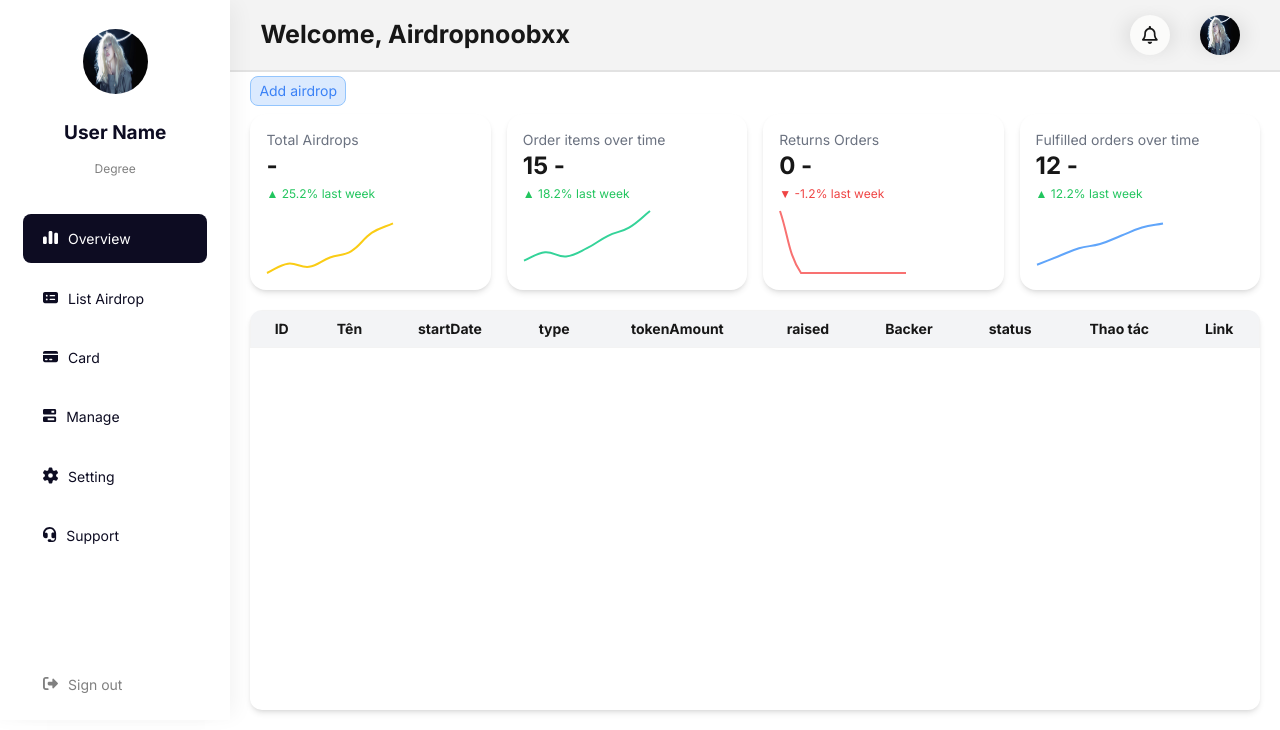
Repository: conGaStuer/airdropmamager
Page: /airdrops
These files come from the project's save history. The page is drawn as it stood at one moment and after the next save; the edit follows.
The browser window is 1280 px wide. The pictures show the whole page.
The page's requests for data from a server got no answer. The project was rebuilt for these pictures with package versions that can differ from the ones it lists, and the page was loaded fresh each time. The framework's server and built-in components were replaced by stand-ins that run in the browser. No one was signed in, and anything a server would have sent is missing. Also part of the build but not shown: next.config.ts.

Above is the page before, as saved 2025-05-28 19:08:09.

### src/app/layout.tsx
// app/layout.tsx
import { Inter } from "next/font/google";
import "../styles/globals.css";
import NavBar from "@/components/NavBar";
import SideBar from "@/components/SideBar";

const inter = Inter({ subsets: ["latin"] });

export const metadata = {
  title: "Airdrop Admin",
  description: "Manage Airdrops",
};

// app/layout.tsx
export default function RootLayout({
  children,
}: {
  children: React.ReactNode;
}) {
  return (
    <html lang="en">
      <body>{children}</body>
    </html>
  );
}

### src/app/airdrops/layout.js
// app/airdrops/layout.js (hoặc layout.tsx nếu bạn dùng TypeScript)
"use client";
import React from "react";
import NavBar from "@/components/NavBar";
import SideBar from "@/components/SideBar";

export default function AirdropLayout({ children }) {
  return (
    <div className="flex">
      <SideBar />
      <div className="flex-1">
        <NavBar />
        <main className="pt-14 ">{children}</main>
      </div>
    </div>
  );
}

### src/app/airdrops/page.js
"use client";
import React from "react";
import { useState, useEffect } from "react";
import axios from "axios";
import { useRouter } from "next/navigation";
import { FontAwesomeIcon } from "@fortawesome/react-fontawesome";

import StatCard from "@/components/StatCard";
import "../../styles/table.scss";
import {
  faArrowUpRightDots,
  faArrowUpRightFromSquare,
} from "@fortawesome/free-solid-svg-icons";
export default function AirdropPages() {
  const [airdrops, setAirdrops] = useState([]);
  const [count, setCount] = useState("");
  useEffect(() => {
    const fetchAirdrops = async () => {
      try {
        const res = await axios.get("http://localhost:5000/api/airdrops");
        setAirdrops(res.data);
      } catch (err) {
        console.error("Error fetching airdrops:", err);
      }
    };
    const fetchCount = async () => {
      try {
        const res = await axios.get("http://localhost:5000/api/airdrops/count");
        setCount(res.data.total);
        console.log("Count data:", res.data); // ✅ Phải là { total: <number> }
      } catch (err) {
        console.error("Error fetching airdrops:", err);
      }
    };
    fetchAirdrops();
    fetchCount();
  }, []);
  const typeClassMap = {
    depin:
      "text-yellow-500 bg-orange-100 border-yellow-300 hover:bg-orange-200",
    testnet:
      "text-purple-500 bg-purple-100 border-purple-300 hover:bg-purple-200",
    webpoint: "text-blue-500 bg-blue-100 border-blue-300 hover:bg-blue-200",
  };
  const handleDelete = async (id) => {
    if (confirm("Bạn có chắc muốn xóa airdrop này không?")) {
      await axios.delete(`http://localhost:5000/api/airdrops/${id}`);
      const res = await axios.get("http://localhost:5000/api/airdrops");
      setAirdrops(res.data);
    }
  };
  const router = useRouter();
  const [currentPage, setCurrentPage] = useState(1);
  const itemsPerPage = 4;
  const indexOfLastItem = currentPage * itemsPerPage;
  const indexOfFirstItem = indexOfLastItem - itemsPerPage;
  const currentItems = airdrops.slice(indexOfFirstItem, indexOfLastItem);
  const totalPages = Math.ceil(airdrops.length / itemsPerPage);

  return (
    <div style={{ padding: 20 }}>
      <button
        className="pl-2 pr-2 pt-1 pb-1 text-blue-500 bg-blue-100 border border-blue-300 rounded-lg mb-2 text-sm"
        onClick={() => router.push("./airdrops/new")}
      >
        Add airdrop
      </button>
      <div className=" grid grid-cols-1 md:grid-cols-2 lg:grid-cols-4 gap-4">
        <StatCard
          title="Total Airdrops "
          value={count}
          percentage={25.2}
          isUp={true}
          chartColor="#FACC15" // yellow
          data={[5, 8, 7, 10, 12, 18, 21]}
        />
        <StatCard
          title="Order items over time"
          value={15}
          percentage={18.2}
          isUp={true}
          chartColor="#34D399" // green
          data={[3, 5, 4, 6, 9, 11, 15]}
        />
        <StatCard
          title="Returns Orders"
          value={0}
          percentage={-1.2}
          isUp={false}
          chartColor="#F87171" // red
          data={[1, 0, 0, 0, 0, 0, 0]}
        />
        <StatCard
          title="Fulfilled orders over time"
          value={12}
          percentage={12.2}
          isUp={true}
          chartColor="#60A5FA" // blue
          data={[2, 4, 6, 7, 9, 11, 12]}
        />
      </div>

      <div className="rounded-xl overflow-hidden shadow-md mt-5  min-h-[400px]">
        <table cellPadding="15" className="w-full bg-white ">
          <thead className="bg-gray-100 text-sm text-center">
            <tr>
              <th className="px-4 py-2">ID</th>
              <th className="px-4 py-2">Tên</th>
              <th className="px-4 py-2">startDate</th>
              <th className="px-4 py-2">type</th>
              <th className="px-4 py-2">tokenAmount</th>
              <th className="px-4 py-2">raised</th>
              <th className="px-4 py-2">Backer</th>
              <th className="px-4 py-2">status</th>
              <th className="px-4 py-2">Thao tác</th>
              <th className="px-4 py-2">Link</th>
            </tr>
          </thead>
          <tbody>
            {currentItems.map((item) => (
              <tr key={item.id} className="border-t text-center text-sm">
                <td>{item.id}</td>
                <td>{item.name}</td>
                <td>{new Date(item.startDate).toLocaleDateString("vi-VN")}</td>
                <td>
                  <span
                    className={`px-2 py-0.5 text-xs border rounded-full transition
      ${
        item.type === "DEPIN"
          ? "text-green-500 bg-green-100 border-green-300 hover:bg-green-200"
          : item.type === "Testnet"
          ? "text-red-500 bg-red-100 border-red-300 hover:bg-red-200"
          : item.type === "Webpoint"
          ? "text-orange-500 bg-orange-100 border-orange-300 hover:bg-orange-200"
          : "text-gray-500 bg-gray-100 border-gray-300 hover:bg-gray-200"
      }`}
                  >
                    {item.type}
                  </span>
                </td>
                <td>{item.tokenAmount}</td>
                <td>{item.raised}</td>
                <td>{item.backer}</td>
                <td
                  className={
                    item.status === "online" ? "text-green-500" : "text-red-500"
                  }
                >
                  {item.status}
                </td>
                <td>
                  <button
                    onClick={() => router.push(`./airdrops/${item.id}/edit`)}
                    className="inline-flex items-center px-2 py-0.5 text-xs
                text-yellow-500 bg-orange-100 border border-yellow-300 rounded-full
                hover:bg-orange-200 transition mr-2"
                  >
                    <span className="w-2 h-2 mr-2 bg-yellow-500 rounded-full"></span>
                    Edit
                  </button>
                  <button
                    className="inline-flex items-center px-2 py-0.5 text-xs
                text-blue-500 bg-blue-100 border border-blue-300 rounded-full
                hover:bg-blue-200 transition"
                    onClick={() => handleDelete(item.id)}
                  >
                    <span className="w-2 h-2 mr-2 bg-blue-500 rounded-full"></span>
                    Delete
                  </button>
                </td>
                <td>
                  <FontAwesomeIcon icon={faArrowUpRightFromSquare} />
                </td>
              </tr>
            ))}
          </tbody>
        </table>
        <div className="flex justify-center mt-6 space-x-2">
          {Array.from({ length: totalPages }, (_, i) => (
            <button
              key={i}
              onClick={() => setCurrentPage(i + 1)}
              className={`w-10 h-10 text-sm border rounded-full transition duration-200
        ${
          currentPage === i + 1
            ? "bg-blue-500 text-white border-blue-500"
            : "bg-white text-blue-500 border border-blue-300 hover:bg-blue-100"
        }`}
            >
              {i + 1}
            </button>
          ))}
        </div>
      </div>
    </div>
  );
}

### src/styles/globals.css
@tailwind base;
@tailwind components;
@tailwind utilities;

:root {
  --background: #ffffff;
  --foreground: #171717;
}

@media (prefers-color-scheme: dark) {
  :root {
    --background: #ffffff;
    --foreground: #393737;
  }
}

body {
  color: var(--foreground);
  background: var(--background);
  font-family: inter;
  background-size: cover;
  background-position: center;
}

### src/components/NavBar.js
import React from "react";
import "../styles/navbar.scss";
import { FontAwesomeIcon } from "@fortawesome/react-fontawesome";
import {
  faEdit,
  faTrash,
  faRectangleList,
  faChartSimple,
  faCreditCard,
  faBarsProgress,
  faGear,
  faHeadset,
  faRightFromBracket,
  faRing,
} from "@fortawesome/free-solid-svg-icons";
import { faBell } from "@fortawesome/free-regular-svg-icons";
import Image from "next/image";
export default function NavBar() {
  return (
    <div className="nav-side">
      <p>Welcome, Airdropnoobxx </p>
      <div className="menu">
        <div className="iconn">
          <FontAwesomeIcon icon={faBell} className="icon" />
        </div>
        <Image src="/styles/avt.jpg" alt="Avatar" width={20} height={20} />
      </div>
    </div>
  );
}

### src/components/SideBar.js
import React from "react";
import "../styles/sideBar.scss";
import { FontAwesomeIcon } from "@fortawesome/react-fontawesome";
import {
  faEdit,
  faTrash,
  faRectangleList,
  faChartSimple,
  faCreditCard,
  faBarsProgress,
  faGear,
  faHeadset,
  faRightFromBracket,
} from "@fortawesome/free-solid-svg-icons";
import Image from "next/image";
import Link from "next/link";
export default function SideBar() {
  return (
    <div className="side-bar">
      <div className="side-info">
        <div className="user-profile">
          <Image src="/styles/avt.jpg" alt="Avatar" width={80} height={80} />
          <h4>User Name</h4>
          <p>Degree</p>
        </div>
      </div>
      <div className="side-menu">
        <div className="menu-element menu-element1">
          <FontAwesomeIcon icon={faChartSimple} className="icon" />

          <span>Overview</span>
        </div>
        <Link href="./airdrops" className="menu-element">
          <FontAwesomeIcon icon={faRectangleList} className="icon" />

          <span>List Airdrop</span>
        </Link>
        <div className="menu-element">
          <FontAwesomeIcon icon={faCreditCard} className="icon" />
          <span>Card</span>
        </div>
        <div className="menu-element">
          <FontAwesomeIcon icon={faBarsProgress} className="icon" />
          <span>Manage</span>
        </div>
        <div className="menu-element">
          <FontAwesomeIcon icon={faGear} className="icon" />
          <span>Setting</span>
        </div>
        <div className="menu-element">
          <FontAwesomeIcon icon={faHeadset} className="icon" />

          <span>Support</span>
        </div>
      </div>
      <div className="side-logout">
        <FontAwesomeIcon icon={faRightFromBracket} className="icon" />
        <span>Sign out</span>
      </div>
    </div>
  );
}

### src/components/StatCard.js
import { Line } from "react-chartjs-2";
import {
  Chart as ChartJS,
  LineElement,
  CategoryScale,
  LinearScale,
  PointElement,
} from "chart.js";

ChartJS.register(LineElement, CategoryScale, LinearScale, PointElement);

export default function StatCard({
  title,
  value,
  percentage,
  chartColor,
  data,
  isUp,
}) {
  return (
    <div className="bg-white p-4 rounded-2xl shadow-md">
      <div className="text-sm text-gray-500">{title}</div>
      <div className="flex items-center justify-between">
        <div className="text-2xl font-bold">{value} -</div>
      </div>
      <div className="flex items-center text-xs text-gray-400 mt-1">
        <span className={isUp ? "text-green-500" : "text-red-500"}>
          {isUp ? "▲" : "▼"} {percentage}% last week
        </span>
      </div>
      <div className="h-16 mt-2">
        <Line
          data={{
            labels: data.map((_, i) => i),
            datasets: [
              {
                data,
                borderColor: chartColor,
                borderWidth: 2,
                tension: 0.4,
                pointRadius: 0,
              },
            ],
          }}
          options={{
            responsive: true,
            plugins: {
              legend: { display: false },
              tooltip: { enabled: false },
            },
            scales: {
              x: { display: false },
              y: { display: false },
            },
          }}
        />
      </div>
    </div>
  );
}

### src/styles/table.scss
table {
  border: 1px solid #f3f3f3;
  border-radius: 16rem;
  height: 200px;
}
td {
  font-family: "Inter", sans-serif;
  font-size: small;
}
.min-table-height {
  min-height: 500px; /* Điều chỉnh tùy theo chiều cao của 10 dòng */
}

### src/styles/navbar.scss
@mixin center-div {
  display: flex;

  justify-content: space-between;
  align-items: center;
}
@mixin no-space-text {
  margin: 0px;
  padding: 0px;
}
.nav-side {
  width: 82%;
  height: 10vh;
  background-color: #f3f3f3;
  position: fixed;
  float: right;
  right: 0px;

  border-bottom-right-radius: 0px;
  @include center-div();
  padding-left: 30px;
  padding-right: 40px;
  border-bottom: 2px solid rgb(226, 226, 226);
  p {
    font-size: 25px;
    font-weight: bold;
    font-family: "Inter", sans-serif;
  }
  .menu {
    width: 120px;
    height: 90%;
    @include center-div();

    .iconn {
      width: 40px;
      height: 40px;
      background-color: #fbfbfa;
      border-radius: 50%;
      @include center-div();
      justify-content: center;
      position: relative;
      left: 10px;
      box-shadow: 10px 0 20px -5px rgba(0, 0, 0, 0.1),
        -10px 0 20px -5px rgba(0, 0, 0, 0.1);

      .icon {
        font-size: 18px;
      }
    }
    img {
      width: 40px;
      height: 40px;
      border-radius: 50%;
      box-shadow: 10px 0 20px -5px rgba(0, 0, 0, 0.1),
        -10px 0 20px -5px rgba(0, 0, 0, 0.1);
    }
  }
}

### src/styles/sideBar.scss
@mixin center-div {
  display: flex;
  flex-direction: column;
  justify-content: space-between;
  align-items: center;
}
@mixin no-space-text {
  margin: 0px;
  padding: 0px;
}
.side-bar {
  font-family: "Inter", sans-serif;
  @include center-div();
  width: 18%;
  height: 100vh;
  background-color: white;
  color: #808080;
  box-shadow: 10px 0 20px -5px rgba(0, 0, 0, 0.05),
    -10px 0 20px -5px rgba(0, 0, 0, 0.05);
  z-index: 1;
  .icon {
    font-size: 15px;
    margin-right: 10px;
    position: relative;
    top: -1px;
  }
  .side-info {
    width: 80%;
    height: 34%;
    display: flex;
    flex-direction: column;
    justify-content: space-around;
    align-items: center;
    position: relative;
    top: -10px;
    h4 {
      @include no-space-text();
      font-size: 18px;
      font-weight: bold;
    }
    .user-profile {
      width: 75%;
      height: 68%;
      @include center-div();

      img {
        width: 65px;
        height: 65px;
        border-radius: 50%;
      }
      h4 {
        font-size: 19px;
        font-weight: bold;
        @include no-space-text();
        position: relative;
        top: -3px;
        color: #0d0c22;
      }
      p {
        @include no-space-text();
        font-size: 12px;
        position: relative;
        top: -18px;
      }
    }
  }
  .side-menu {
    width: 80%;
    height: 48%;
    @include center-div();
    position: relative;
    top: -65px;
    .menu-element {
      width: 100%;
      height: 14%;
      background-color: white;
      border-radius: 8px;
      font-size: 14px;
      display: flex;
      align-items: center;
      padding: 20px;
      color: #0d0c22;
    }
    .menu-element1 {
      background-color: #0d0c22;
      color: white;
    }
  }
  .side-logout {
    width: 80%;
    height: 7%;
    display: flex;
    align-items: center;
    padding: 20px;
    margin-bottom: 10px;
    span {
      font-size: 14px;
    }
  }
}

### tailwind.config.ts
import type { Config } from "tailwindcss";

export default {
  content: [
    "./src/pages/**/*.{js,ts,jsx,tsx,mdx}",
    "./src/components/**/*.{js,ts,jsx,tsx,mdx}",
    "./src/app/**/*.{js,ts,jsx,tsx,mdx}",
  ],
  theme: {
    extend: {
      colors: {
        background: "var(--background)",
        foreground: "var(--foreground)",
      },
      fontFamily: {
        sans: ["var(--font-inter)", "sans-serif"],
      },
    },
  },
  plugins: [],
} satisfies Config;

After the next save:
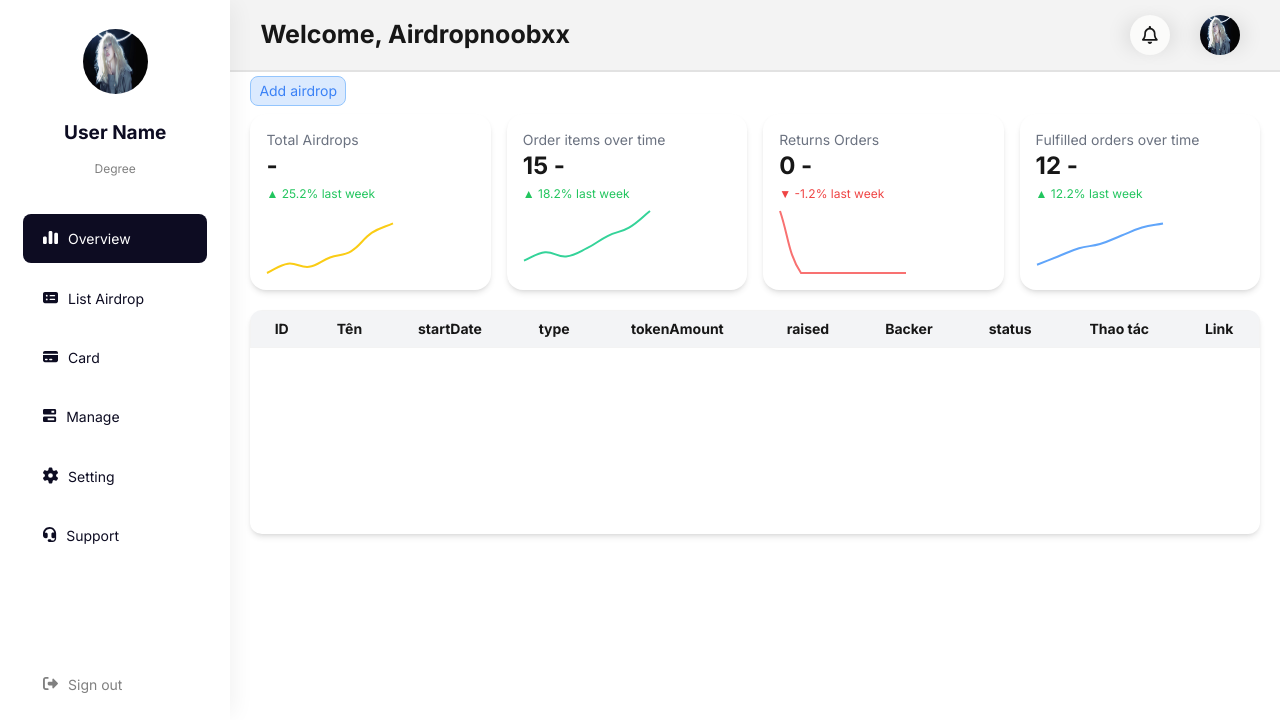
Saved 12 s later.
--- a/src/app/airdrops/page.js
+++ b/src/app/airdrops/page.js
@@ -100,7 +100,7 @@ export default function AirdropPages() {
         />
       </div>
 
-      <div className="rounded-xl overflow-hidden shadow-md mt-5  min-h-[400px]">
+      <div className="rounded-xl overflow-hidden shadow-md mt-5 ">
         <table cellPadding="15" className="w-full bg-white ">
           <thead className="bg-gray-100 text-sm text-center">
             <tr>
